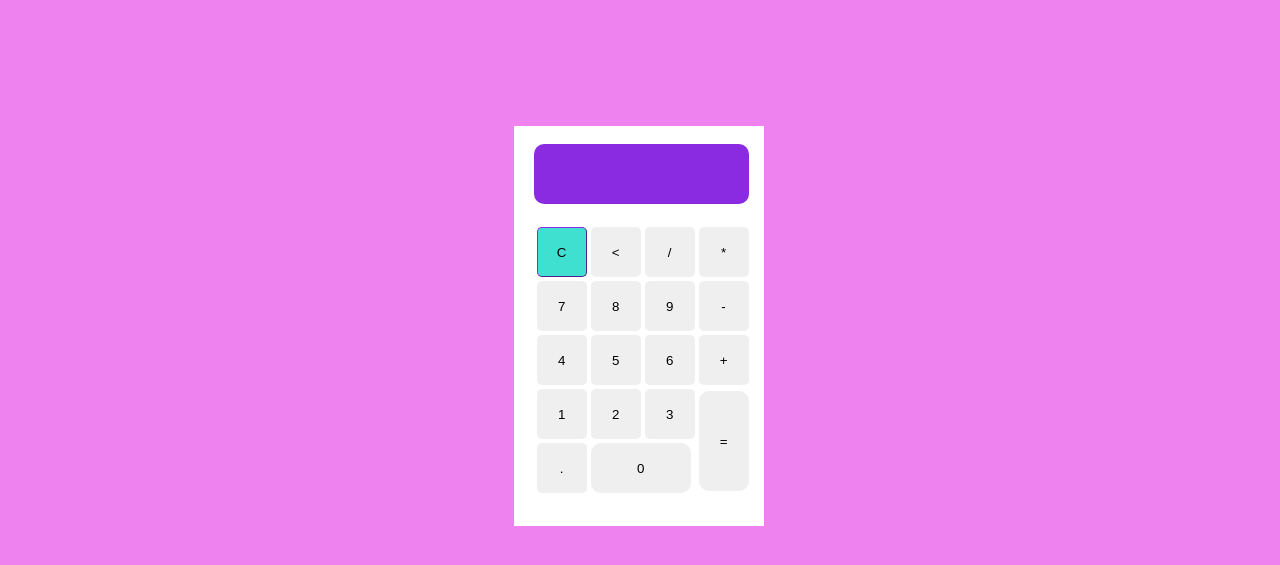
Repository: mariele-huff/calculadora
Page: index.html
The author's editor kept a copy of each file at every save. The page is drawn from the files as they stood at one save, then again after the next save.
The browser window is 1280 px wide. The pictures show the whole page.
The pointer rests on the first visible `.botao`.

Above is the page before, as saved 2022-08-14 11:44:05.

After the next save:
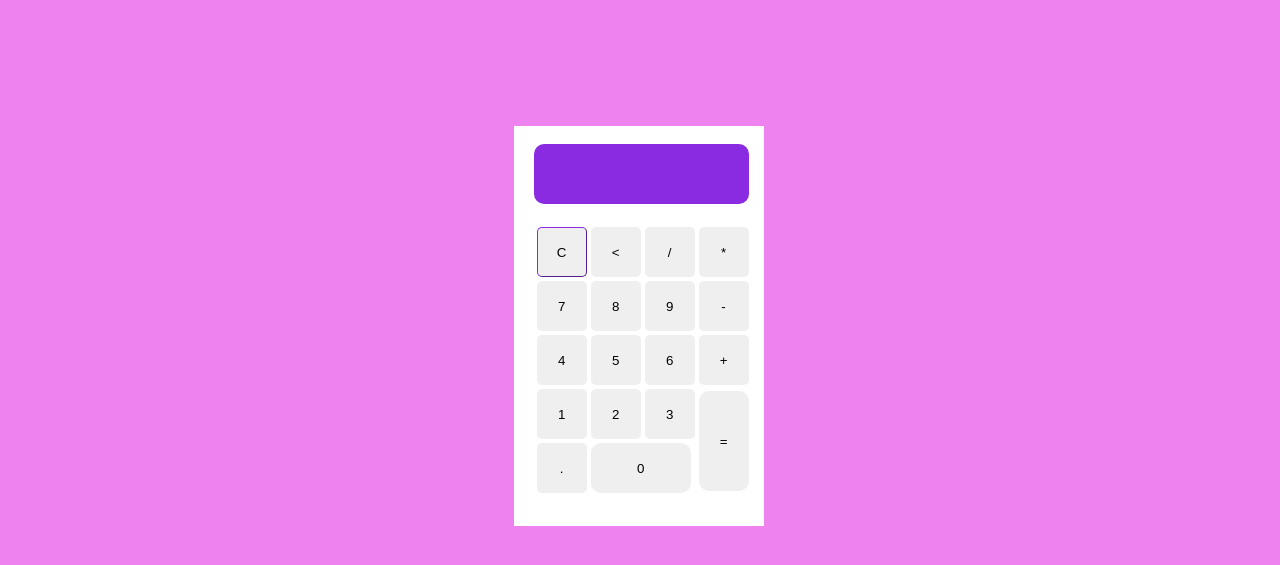
Saved 32 s later.
--- a/style.css
+++ b/style.css
@@ -25,7 +25,7 @@ body {
     border-width: thin;
     border-color: blueviolet;
     transition: 0.3s ease-in-out;
-    background-color: turquoise;
+
 }
 
 .botao1:hover {
